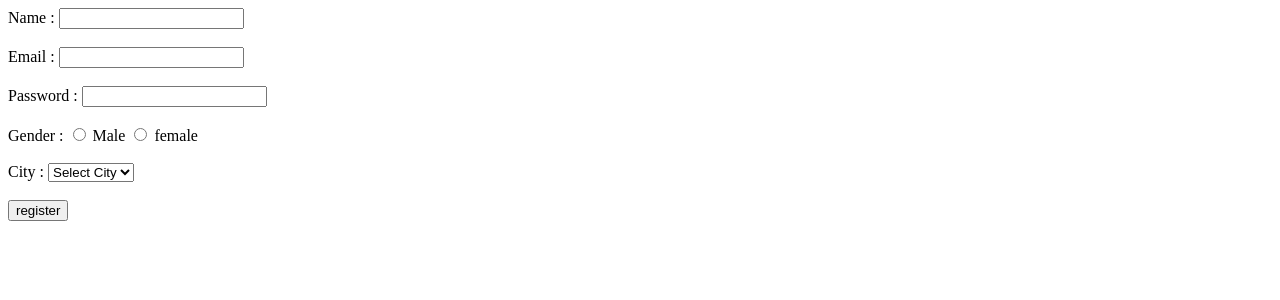
Repository: kushwahshivam/Java_Servlet
Page: http://localhost/RegisterLogin/Register.jsp
An editor plug-in stored every save of this project. The page is shown before and after the next save, followed by the edit.
The browser window is 1280 px wide. The pictures show the whole page.
The page is served by Tomcat 10.

Above is the page before, as saved 2025-04-25 08:58:44.

After the next save:
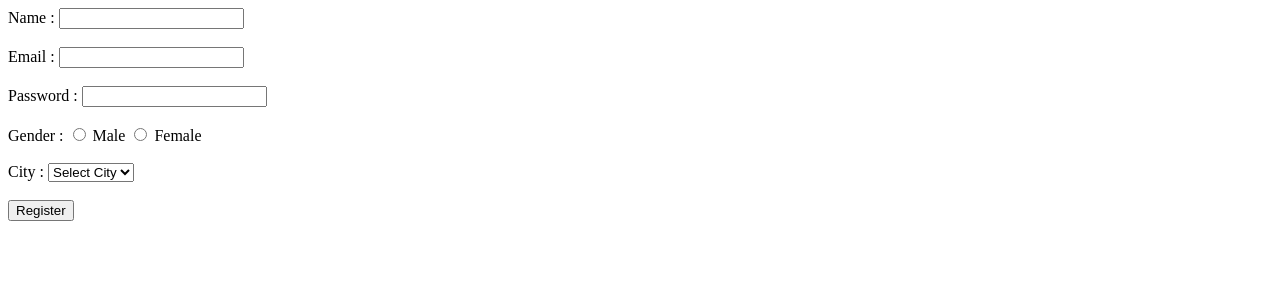
Saved 4 min 29 s later.
--- a/eclipse-workspace/RegisterLogin/src/main/webapp/Register.jsp
+++ b/eclipse-workspace/RegisterLogin/src/main/webapp/Register.jsp
@@ -8,18 +8,26 @@
 </head>
 <body>
 	<form action="regForm" method="post">
-	Name : <input type="text" name="name1" /> <br/> <br/>
-	Email : <input type="text" name="email1" /> <br/> <br/>
-	Password : <input type="password" name="pass1" /> <br/> <br/>
-	Gender : <input type="radio" name="gender1"/> Male <input type="radio" name="gender1"/> female <br/> <br/>
-	City : <select name="city1">
-		<option>Select City <option/>
-		 <option>Mumbai<option/>
-		 <option>Banglore<option/>
-		 <option>Pune<option/>
-		 <option>Delhi<option/>
-		</select> <br/> <br/>
-	<input type="submit" value="register" />
+		Name : <input type="text" name="name1" /> <br/><br/>
+		Email : <input type="text" name="email1" /> <br/><br/>
+		Password : <input type="password" name="pass1" /> <br/><br/>
+
+		Gender :
+		<input type="radio" name="gender1" value="male" /> Male
+		<input type="radio" name="gender1" value="female" /> Female
+		<br/><br/>
+
+		City :
+		<select name="city1">
+			<option value="">Select City</option>
+			<option value="Mumbai">Mumbai</option>
+			<option value="Banglore">Banglore</option>
+			<option value="Pune">Pune</option>
+			<option value="Delhi">Delhi</option>
+		</select>
+		<br/><br/>
+
+		<input type="submit" value="Register" />
 	</form>
 </body>
 </html>
